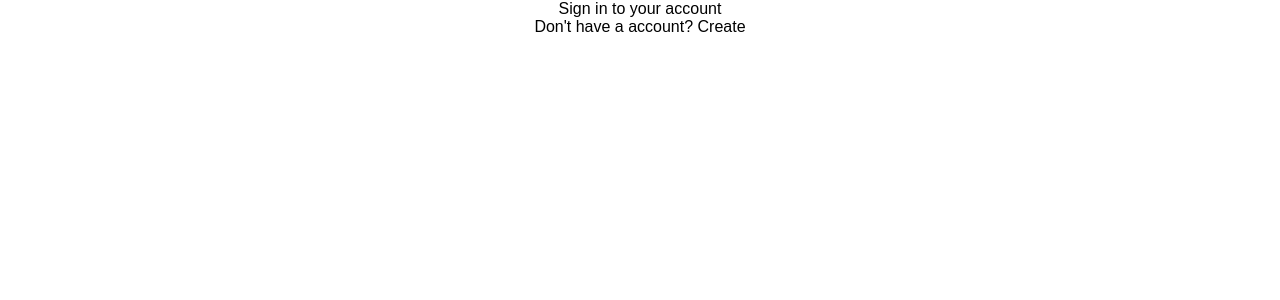
Repository: 70y-ali/branding_
Page: /sign-up (app in client/)
The author's editor kept a copy of each file at every save. The page is drawn from the files as they stood at one save, then again after the next save.
The browser window is 1280 px wide. The pictures show the whole page.
The page's requests for data from a server got no answer. The project was rebuilt for these pictures with package versions that can differ from the ones it lists, and the page was loaded fresh each time. No one was signed in, and anything a server would have sent is missing. Also part of the build but not shown: client/src/components/Home/index.js.

Above is the page before, as saved 2021-02-15 01:34:59.

After the next save:
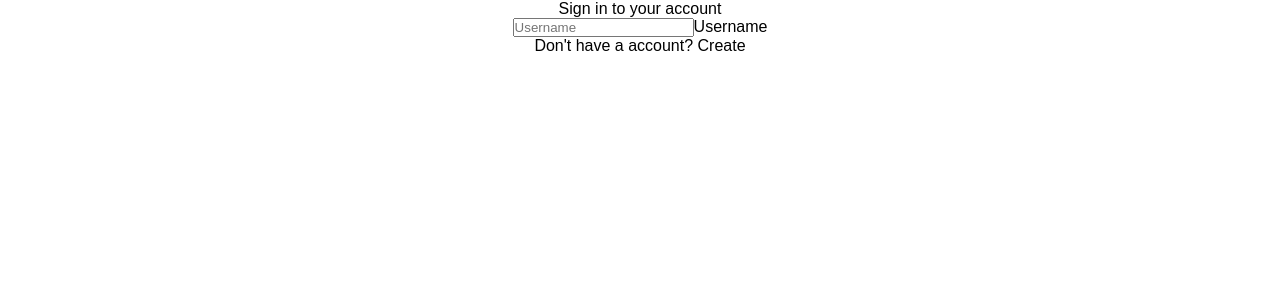
Saved 92 s later.
--- a/client/src/components/SignUp/index.js
+++ b/client/src/components/SignUp/index.js
@@ -64,6 +64,10 @@
             Sign in to your account
             <form className='col-lg-12'>
                 <div className='row'>
+                    <div className='input-field col-lg-6'>
+                        <input type='text' placeholder='Username' formNoValidate='validate'/>
+                        <label htmlFor='username'>Username</label>
+                    </div>
                 </div>
             </form>
             {/* <label className='form-label'>Username</label>
